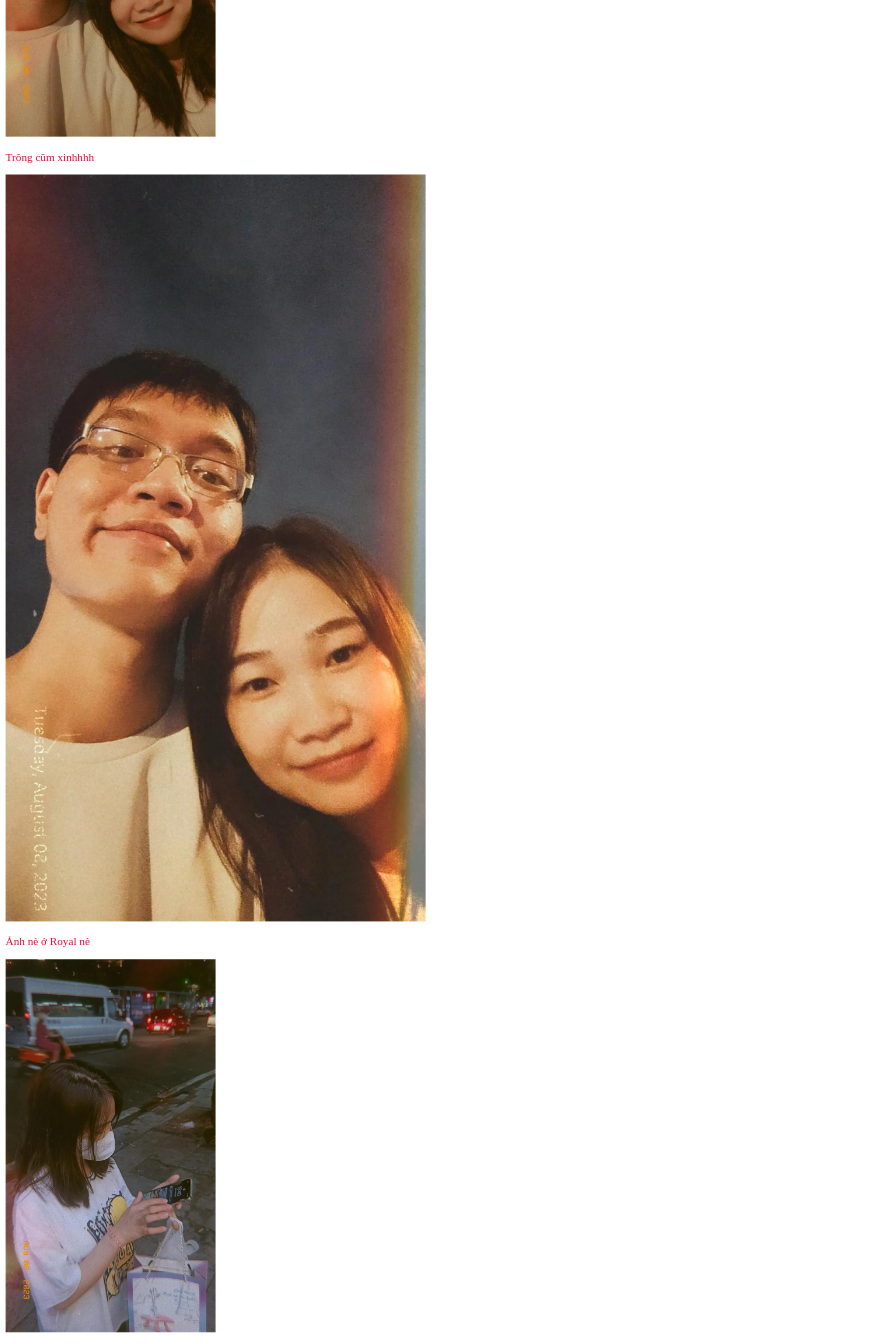
Repository: Hanhanh06/0907
Page: code/0908.html
The author's editor kept a copy of each file at every save. The page is drawn from the files as they stood at one save, then again after the next save.
The browser window is 1280 px wide. The pictures show the part of the page from y = 1965 to 3885 px (the page is 4511 px tall before and 3977 px after), at 70% of full size.

Above is the page before, as saved 2023-08-09 21:47:03.

### code/0908.html
<!DOCTYPE html>
<html lang="en">
<head>
    <meta charset="UTF-8">
    <meta name="viewport" content="width=device-width, initial-scale=1.0">
    <title>Document</title>
</head>

        <head>

        </head>
        <body>


       <img src="001.jpg" alt="Hình ảnh không tồn tại" width="300px">
       <p style="color: crimson;font-size: 16px;"> Cậu cười gì tớ hic </p>
       <img src="002.jpg" alt="Hình ảnh không tồn tại" width="300px">
       <p style="color: crimson;font-size: 16px;"> Trông cũm xinhhhh </p>
       <img src="003.jpg" alt="Hình ảnh không tồn tại" width="300px">
       <p style="color: crimson;font-size: 16px;"> Ảnh nè ở Royal nè</p>
       <img src="004.jpg" alt="Hình ảnh không tồn tại" width="300px">
       <p style="color: crimson;font-size: 16px;"> Xem phim nà </p>
       <img src="005.jpg" alt="Hình ảnh không tồn tại" width="300px">
       <p style="color: crimson;font-size: 16px;"> Trông cũm xinhhhh </p>
       <img src="006.jpg" alt="Hình ảnh không tồn tại" width="600px">
       <p style="color: crimson;font-size: 16px;"> Ảnh nè ở Royal nè</p>
       <img src="007.jpg" alt="Hình ảnh không tồn tại" width="300px">
       <p style="color: crimson;font-size: 16px;"> Xem phim nà </p>
       <img src="008.jpg" alt="Hình ảnh không tồn tại" width="300px">
       <p style="color: crimson;font-size: 16px;"> Xem phim nà </p>


</body>
</html>

After the next save:
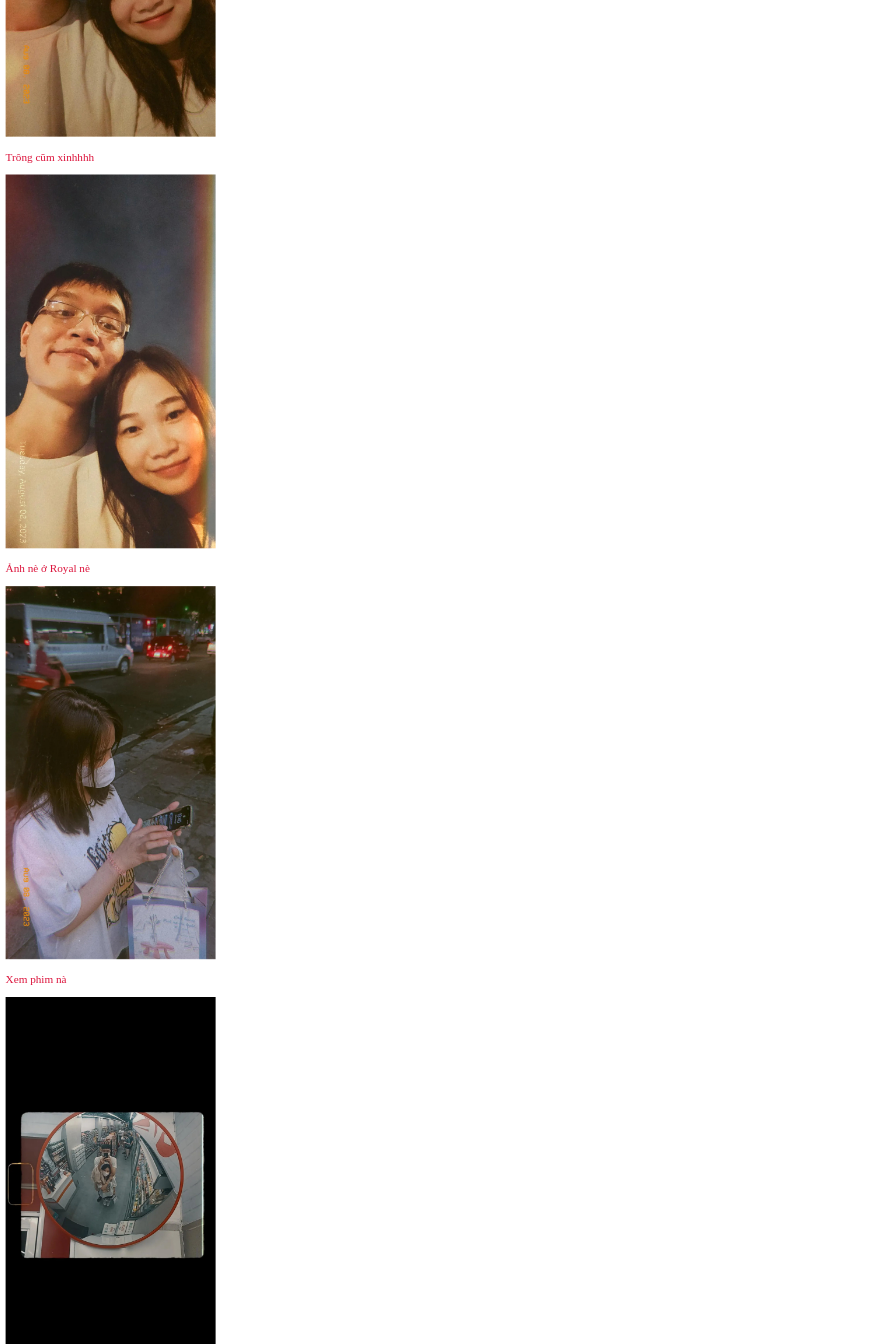
Saved 7 s later.
--- a/code/0908.html
+++ b/code/0908.html
@@ -22,7 +22,7 @@
        <p style="color: crimson;font-size: 16px;"> Xem phim nà </p>
        <img src="005.jpg" alt="Hình ảnh không tồn tại" width="300px">
        <p style="color: crimson;font-size: 16px;"> Trông cũm xinhhhh </p>
-       <img src="006.jpg" alt="Hình ảnh không tồn tại" width="600px">
+       <img src="006.jpg" alt="Hình ảnh không tồn tại" width="300px">
        <p style="color: crimson;font-size: 16px;"> Ảnh nè ở Royal nè</p>
        <img src="007.jpg" alt="Hình ảnh không tồn tại" width="300px">
        <p style="color: crimson;font-size: 16px;"> Xem phim nà </p>
